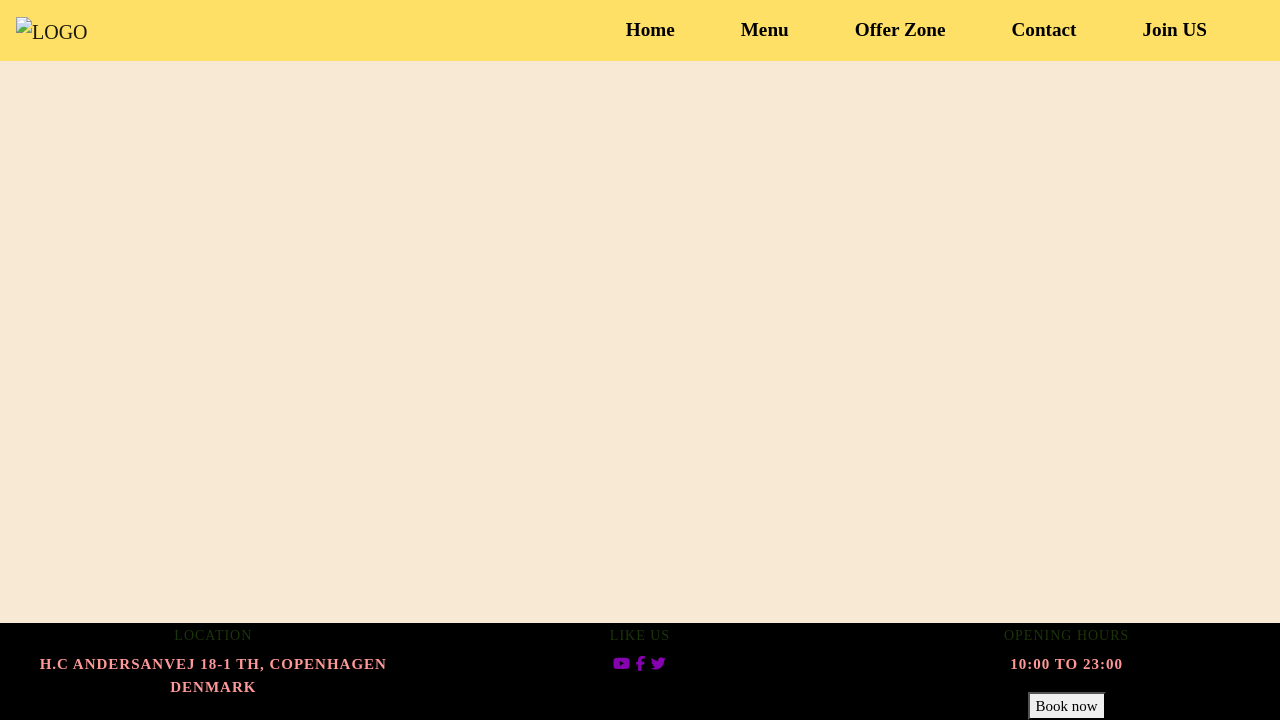
Repository: HMTRIVEDI/project-one
Page: index.html
The author's editor kept a record of every edit. The page is drawn from the files as they stood at one moment, then again after the next edit.
The browser window is 1280 px wide. The pictures show the whole page.
Some web fonts or font styles are not loaded; a fallback is used. Some web libraries are served in a nearby version.

Above is the page before.

After the next edit:
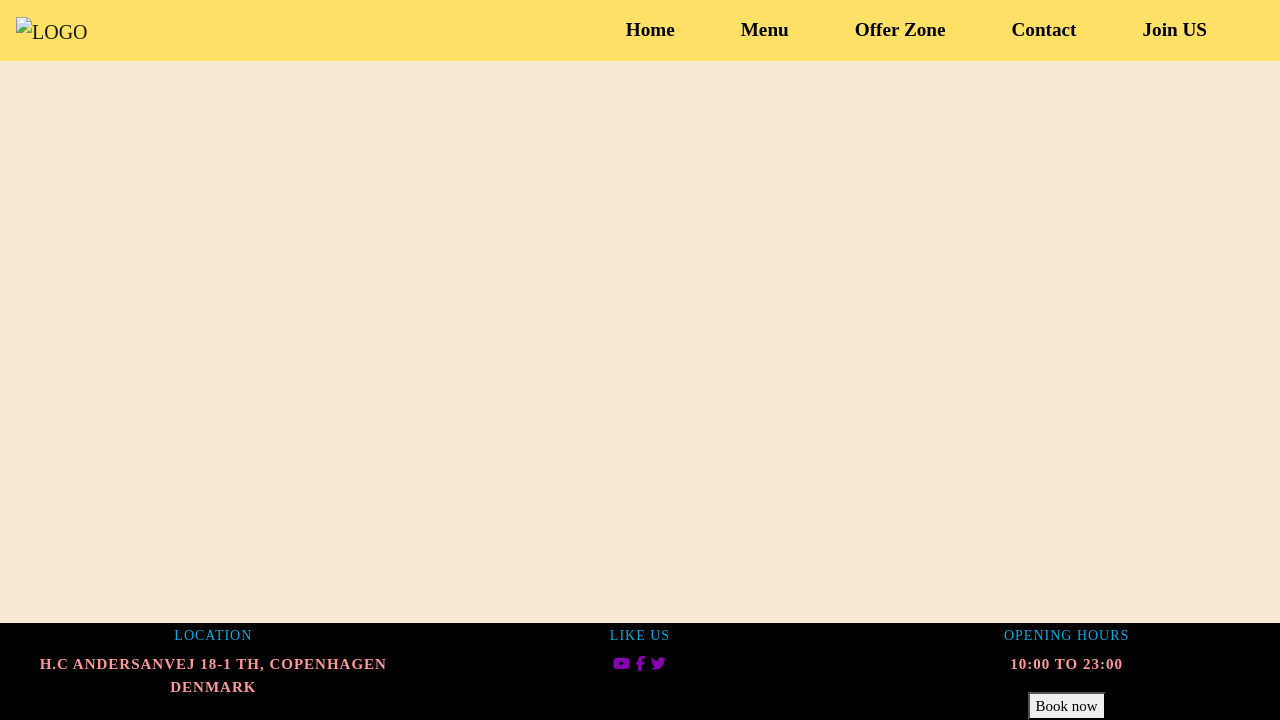
The edit:
--- a/assets/style.css
+++ b/assets/style.css
@@ -75,7 +75,7 @@
     font-size: 14px;
     width: 100%;
     text-align: center;
-    color: #1B3409;
+    color: #00ace6;
     text-transform: uppercase;
 }
 
